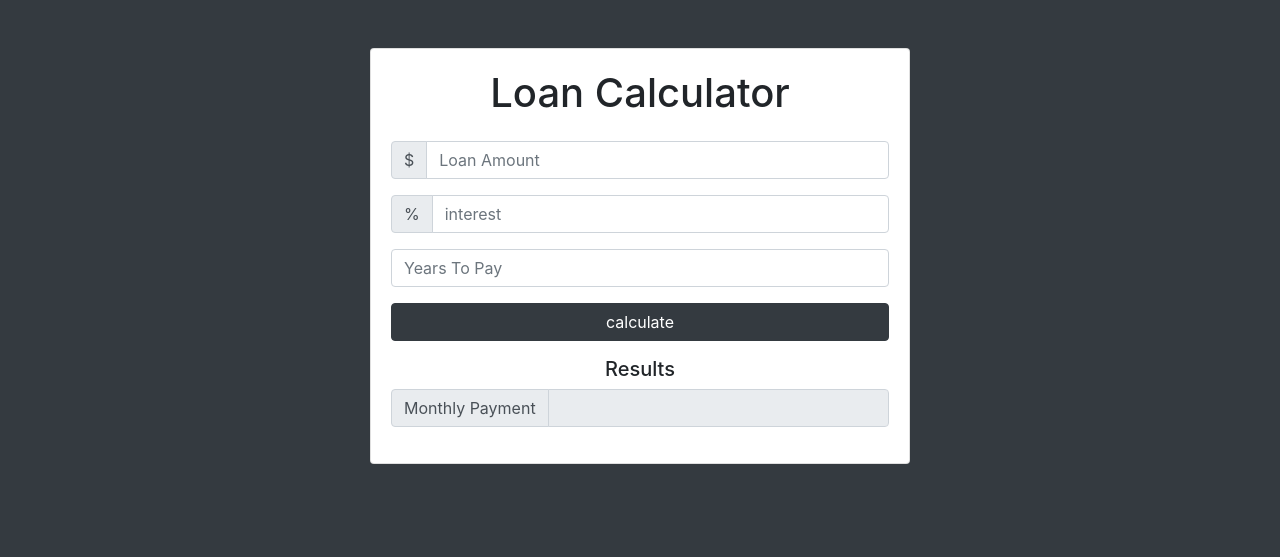
Repository: varun-project/LearningJs
Page: index.html
These files come from the project's save history. The page is drawn as it stood at one moment and after the next save; the edit follows.
The browser window is 1280 px wide. The pictures show the whole page.

Above is the page before, as saved 2019-07-28 17:22:18.

### index.html
<!DOCTYPE html>
<html lang="en">
  <head>
    <!-- Required meta tags -->
    <meta charset="utf-8" />
    <meta
      name="viewport"
      content="width=device-width, initial-scale=1, shrink-to-fit=no"
    />

    <!-- Bootstrap CSS -->
    <link
      rel="stylesheet"
      href="https://stackpath.bootstrapcdn.com/bootstrap/4.3.1/css/bootstrap.min.css"
      integrity="sha384-ggOyR0iXCbMQv3Xipma34MD+dH/1fQ784/j6cY/iJTQUOhcWr7x9JvoRxT2MZw1T"
      crossorigin="anonymous"
    />

    <title>Hello, world!</title>
  </head>
  <body class="bg-dark">
    <div class="container">
      <div class="row">
        <div class="col-md-6 mx-auto">
          <div class="card card-body text-center mt-5">
            <h1 class="heading display-5 pb-3">Loan Calculator</h1>
            <form id="loan-form">
              <div class="form-group">
                <div class="input-group">
                  <div class="input-group-prepend">
                    <div class="input-group-text">$</div>
                  </div>
                  <input
                    type="number"
                    class="form-control"
                    id="amount"
                    placeholder="Loan Amount"
                  />
                </div>
              </div>
              <div class="form-group">
                <div class="input-group">
                  <div class="input-group-prepend">
                    <div class="input-group-text">%</div>
                  </div>
                  <input
                    type="number"
                    class="form-control"
                    id="interest"
                    placeholder="interest"
                  />
                </div>
              </div>
              <div class="form-group">
                <input
                  type="number"
                  class="form-control"
                  id="years"
                  placeholder="Years To Pay"
                />
              </div>
              <div class="form-group">
                <input
                  type="submit"
                  value="calculate"
                  class="btn btn-dark btn-block"
                />
              </div>
            </form>
            <!-- LOADER HERE -->
            <!-- RESULTS -->
            <div id="results">
              <h5>Results</h5>
            <div class="form-group">
                <div class="input-group">
                  <div class="input-group-prepend">
                    <div class="input-group-text">Monthly Payment</div>
                  </div>
                  <input
                    type="number"
                    class="form-control"
                    id="monthly payment"
                    disabled
                  />
                </div>
              </div>
            </div>
          </div>
        </div>
      </div>
    </div>

    <!-- Optional JavaScript -->
    <!-- jQuery first, then Popper.js, then Bootstrap JS -->
    <script
      src="https://code.jquery.com/jquery-3.3.1.slim.min.js"
      integrity="sha384-q8i/X+965DzO0rT7abK41JStQIAqVgRVzpbzo5smXKp4YfRvH+8abtTE1Pi6jizo"
      crossorigin="anonymous"
    ></script>
    <script
      src="https://cdnjs.cloudflare.com/ajax/libs/popper.js/1.14.7/umd/popper.min.js"
      integrity="sha384-UO2eT0CpHqdSJQ6hJty5KVphtPhzWj9WO1clHTMGa3JDZwrnQq4sF86dIHNDz0W1"
      crossorigin="anonymous"
    ></script>
    <script
      src="https://stackpath.bootstrapcdn.com/bootstrap/4.3.1/js/bootstrap.min.js"
      integrity="sha384-JjSmVgyd0p3pXB1rRibZUAYoIIy6OrQ6VrjIEaFf/nJGzIxFDsf4x0xIM+B07jRM"
      crossorigin="anonymous"
    ></script>
  </body>
</html>

After the next save:
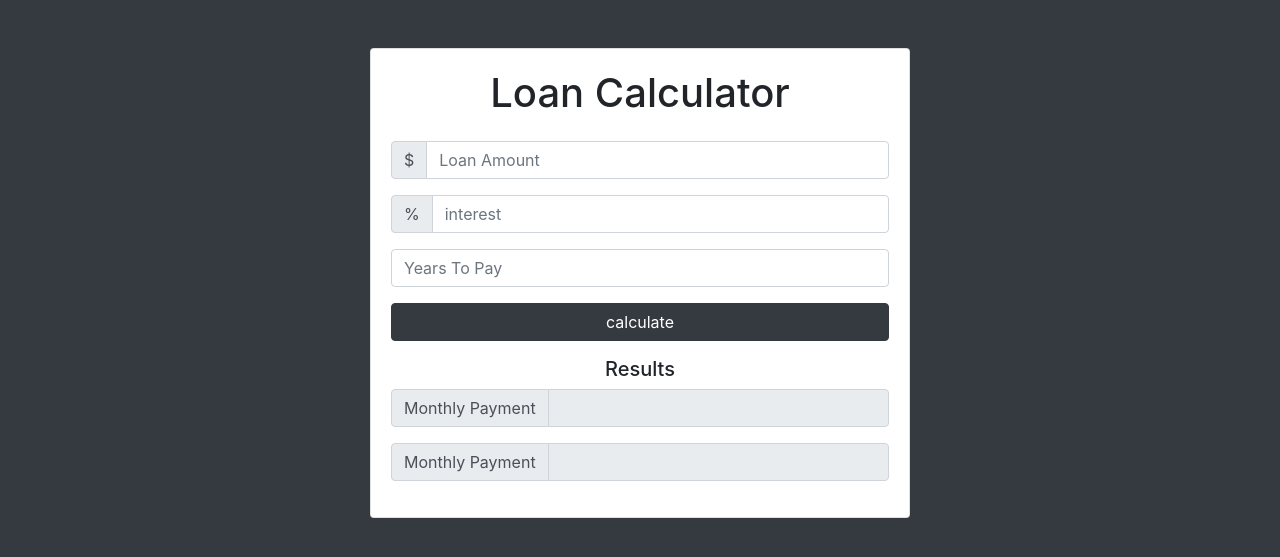
Saved 4 h 43 min later.
--- a/index.html
+++ b/index.html
@@ -84,6 +84,19 @@
                   />
                 </div>
               </div>
+              <div class="form-group">
+                  <div class="input-group">
+                    <div class="input-group-prepend">
+                      <div class="input-group-text">Monthly Payment</div>
+                    </div>
+                    <input
+                      type="number"
+                      class="form-control"
+                      id="monthly payment"
+                      disabled
+                    />
+                  </div>
+                </div>
             </div>
           </div>
         </div>
